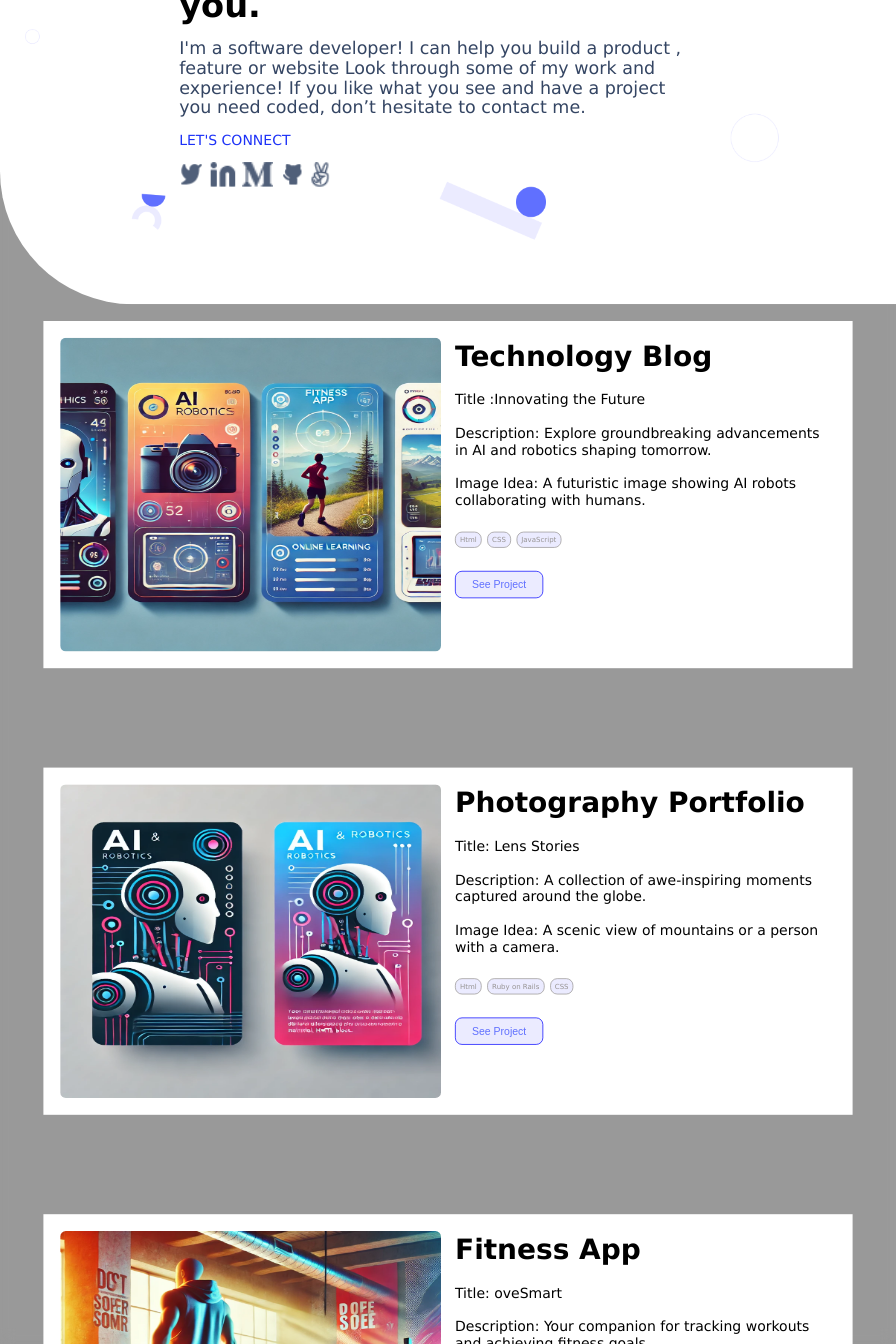
Repository: usman3123/portfolio-template-3
Page: index.html
These files come from the project's save history. The page is drawn as it stood at one moment and after the next save; the edit follows.
The browser window is 1280 px wide. The pictures show the part of the page from y = 412 to 2332 px (the page is 5461 px tall), at 70% of full size.
Empty fields were first filled with sample values (such as "Sample", 5 or name@example.com).
After loading, the first visible `#cardbtn` was clicked once.
Some web libraries are served in a nearby version.

Above is the page before, as saved 2025-01-30 10:05:57.
Console error: TypeError: Cannot read properties of undefined (reading 'remove')

After the next save:
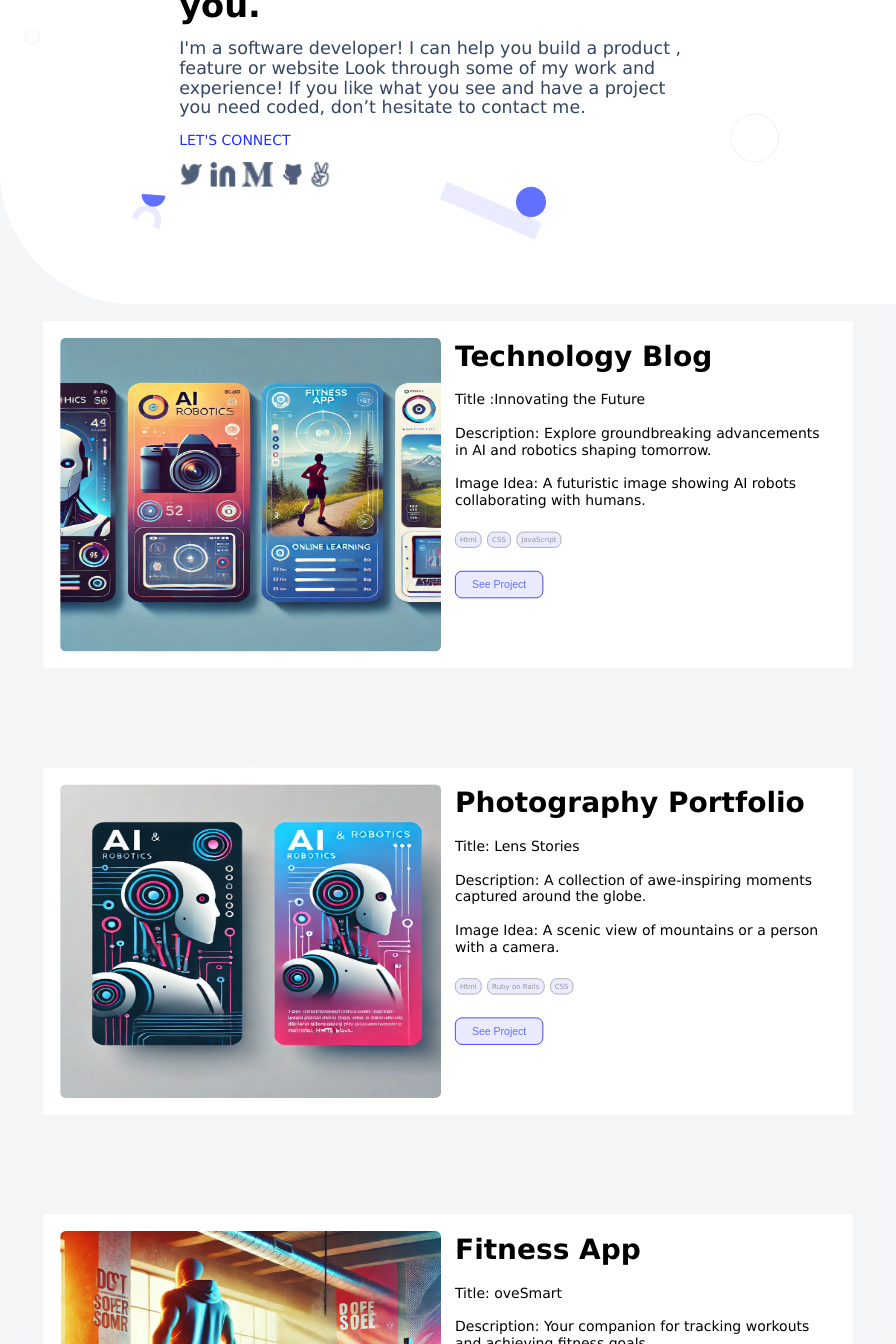
Saved 58 s later.
--- a/style.css
+++ b/style.css
@@ -319,7 +319,6 @@ html {
     display: none;
 }
 .blur {
-    background: rgba(0, 0, 0, 0.4);
     backdrop-filter: blur(10px);
     z-index: 999;
 }
